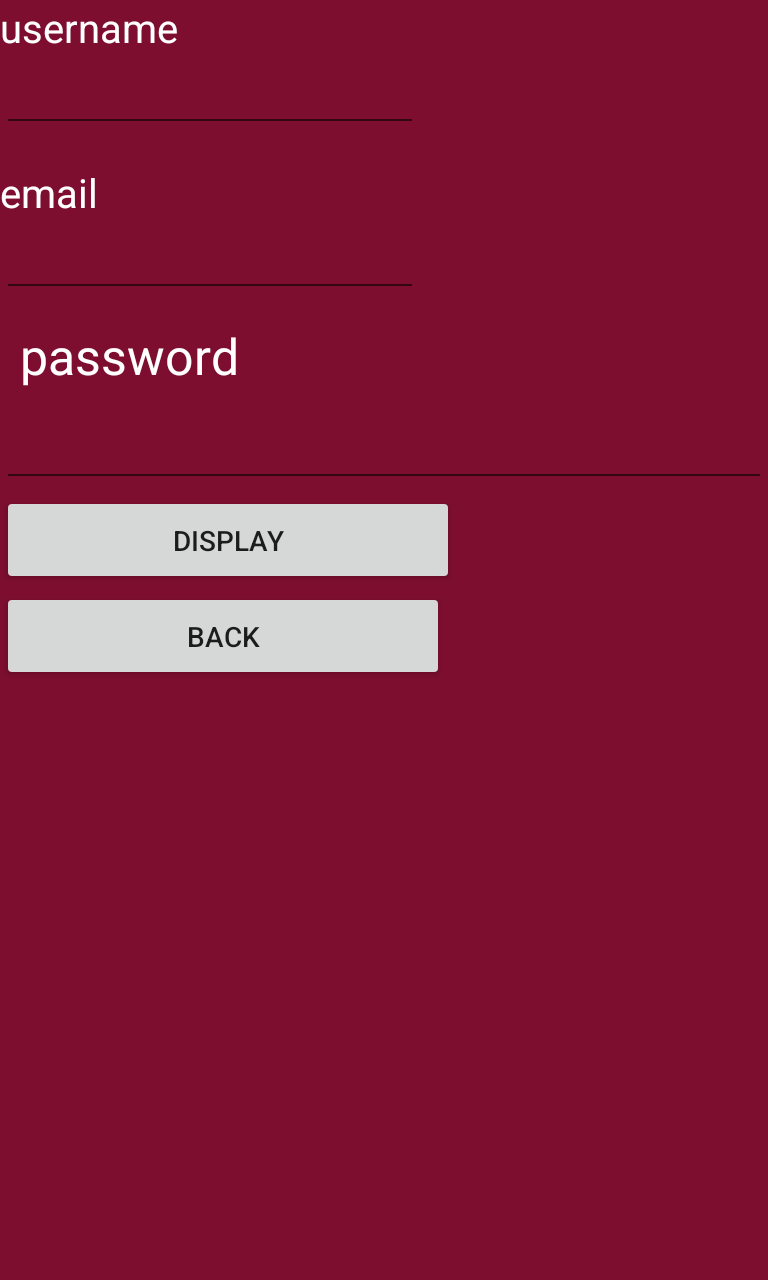
Repository: janemuthoni/icon
Layout: Exam/res/layout/register.xml
The author's editor kept a copy of each file at every save. The layout is drawn from the files as they stood at one save, then again after the next save.
It is drawn on a 768 x 1280 px phone screen (xhdpi) without system bars, with theme AppTheme; the app's code is not run.

Above is the layout before, as saved 2014-08-07 08:25:58.

After the next save:
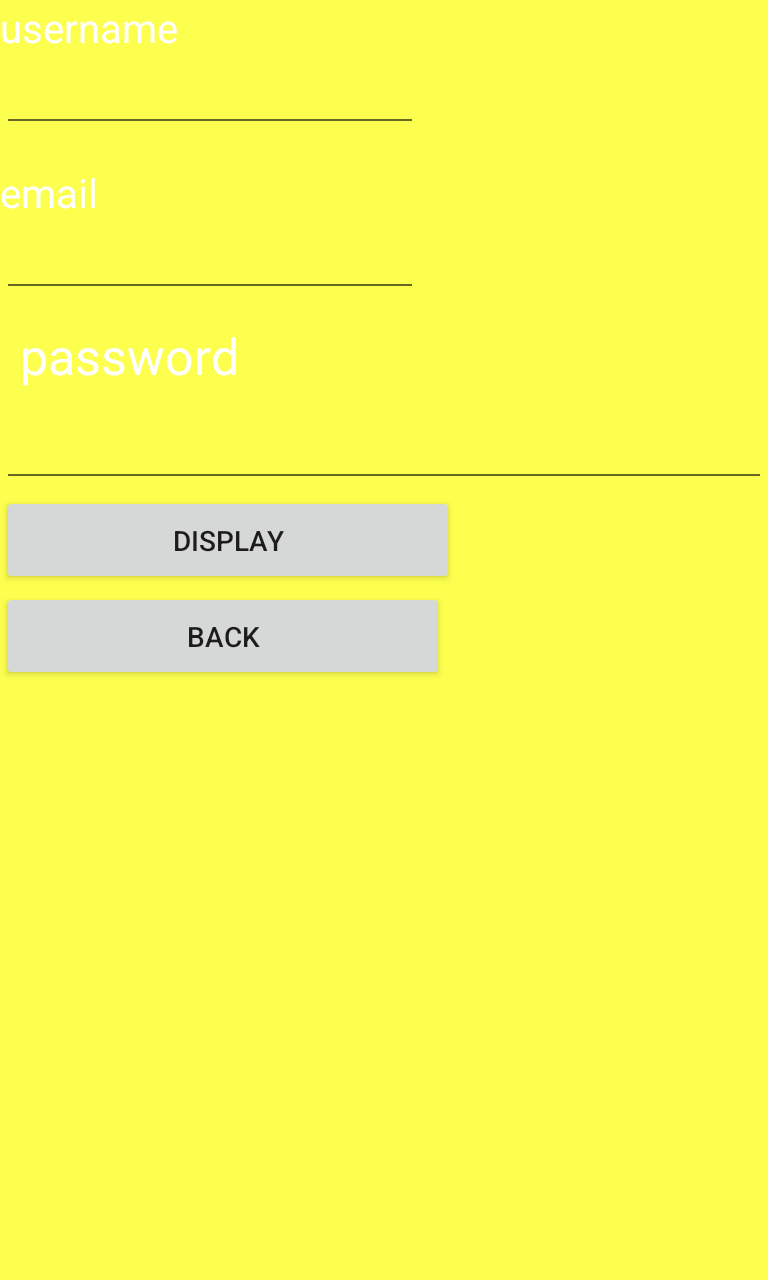
Saved 45 s later.
--- a/Exam/res/layout/register.xml
+++ b/Exam/res/layout/register.xml
@@ -3,7 +3,7 @@
     android:layout_width="match_parent"
     android:layout_height="match_parent"
     android:orientation="vertical"
-    android:background="@color/violet">
+    android:background="@color/yellow">
      <TextView
            android:id="@+id/username"
            android:layout_width="wrap_content"
